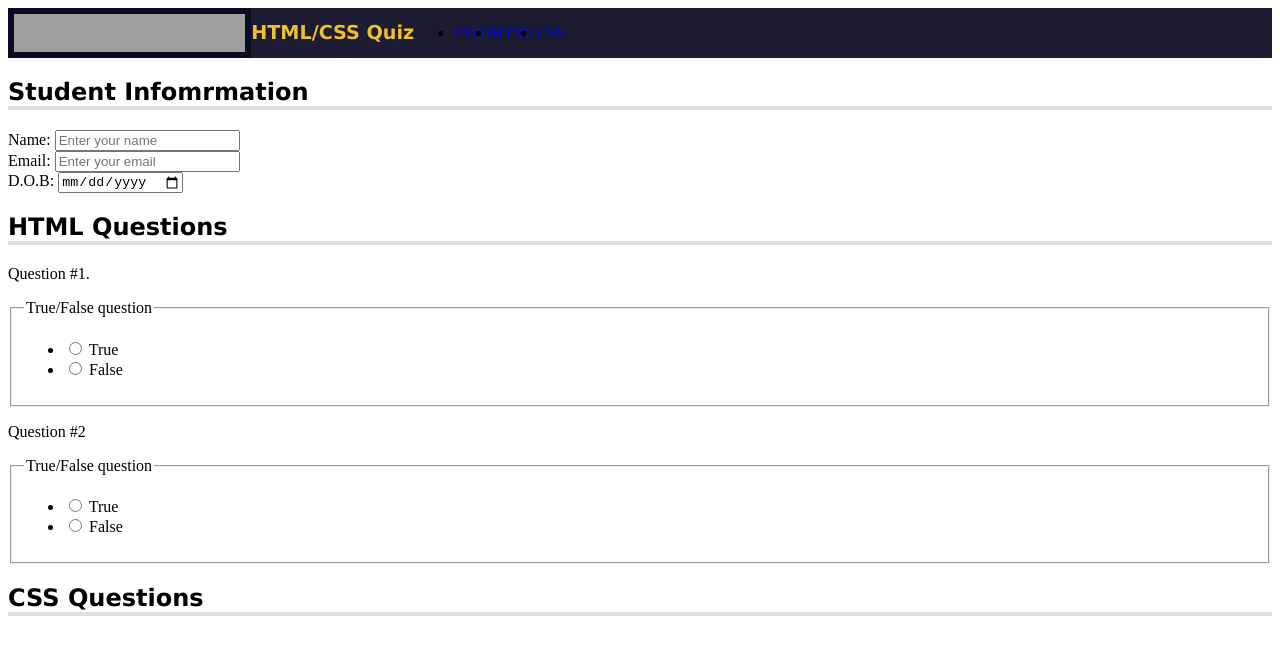
Repository: Lungdjos/accessibility_build_quiz
Page: index.html
The author's editor kept a copy of each file at every save. The page is drawn from the files as they stood at one save, then again after the next save.
The browser window is 1280 px wide. The pictures show the whole page.
Pictures or frames that could not be fetched are drawn as grey boxes.

Above is the page before, as saved 2023-10-28 11:45:14.

After the next save:
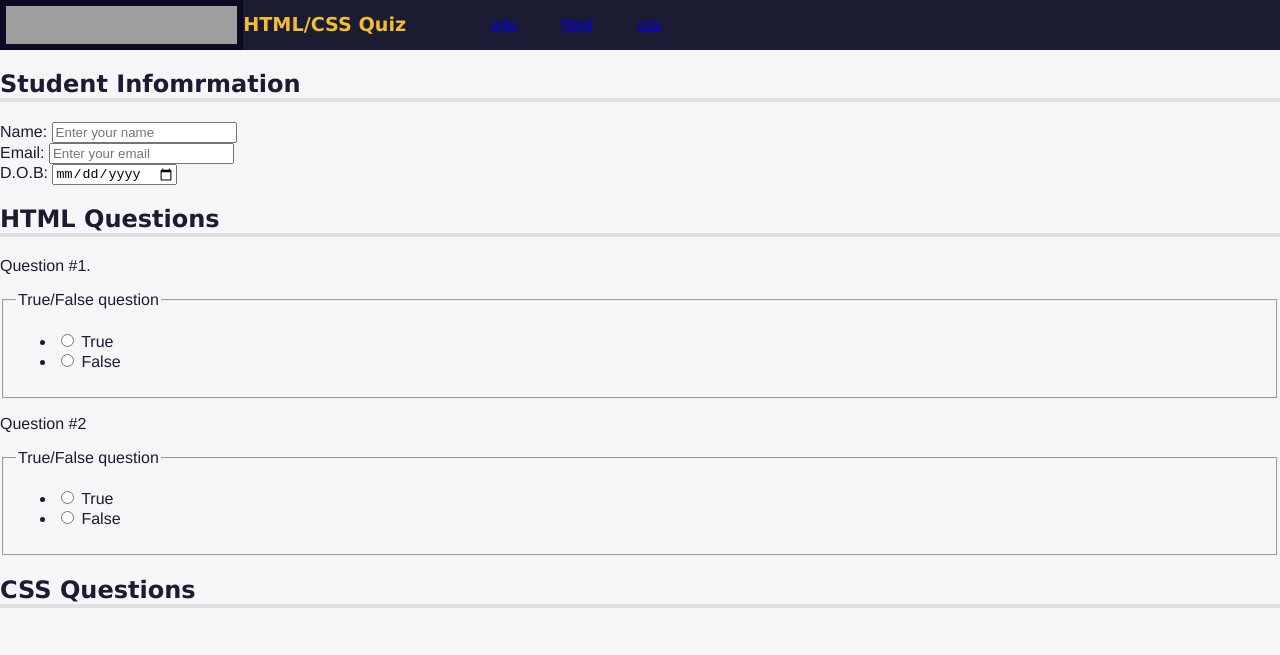
Saved 54 s later.
--- a/styles.css
+++ b/styles.css
@@ -1,15 +1,22 @@
+body {
+    background: #f5f6f7;
+    color: #1b1b32;
+    font-family: Helvetica;
+    margin: 0;
+}
+
+header {
+    width: 100%;
+    height: 50px;
+    background-color: #1b1b32;
+    display: flex;
+}
+
 #logo {
     width: max(100px, 18vw);
     background-color: #0a0a23;
-    aspect-ratio: 35/4;
-    padding: .4rem;
-}
-
-header {
-    display: flex;
-    background-color: #1b1b32;
-    height: 50px;
-    width: 100%;
+    aspect-ratio: 35 / 4;
+    padding: 0.4rem;
 }
 
 h1 {
@@ -17,15 +24,20 @@ h1 {
     font-size: min(5vw, 1.2em);
 }
 
+nav {
+    width: 50%;
+    max-width: 300px;
+    height: 50px;
+}
+
 nav>ul {
-    text-transform: uppercase;
+    display: flex;
     justify-content: space-evenly;
-    display: flex;
 }
 
 h1,
 h2 {
-    font-family: Verdana, sans-serif;
+    font-family: Verdana, Tahoma;
 }
 
 h2 {
